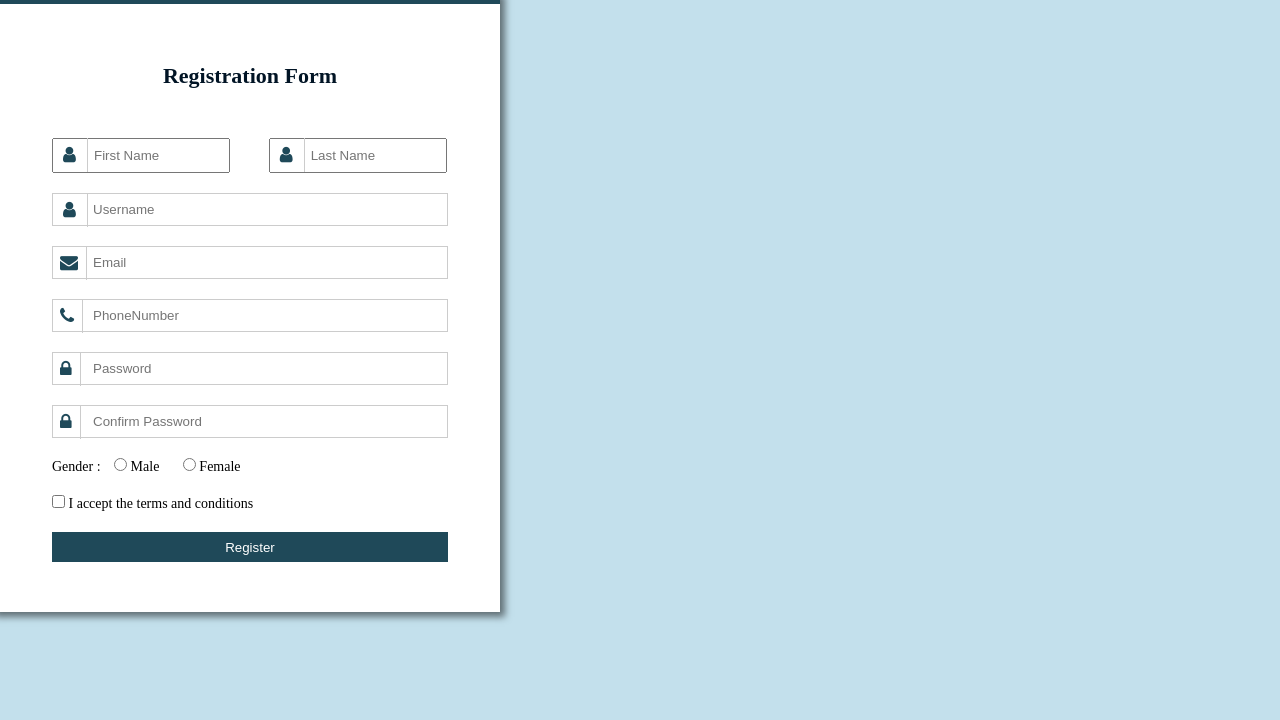
Repository: sampanna17/javabackup
Page: http://localhost/EvoX_CW/pages/register.jsp
These files come from the project's save history. The page is drawn as it stood at one moment and after the next save; the edit follows.
The browser window is 1280 px wide. The pictures show the whole page.
The page is served by Tomcat 9. Other server files are loaded and not shown.

Above is the page before, as saved 2024-05-05 11:42:57.

### EvoX_CW/src/main/webapp/pages/register.jsp
<%@page import="utils.StringUtils"%>
<%@ page language="java" contentType="text/html; charset=ISO-8859-1"
	pageEncoding="ISO-8859-1"%>

<%
String contextPath = request.getContextPath();
%>
<!DOCTYPE html>
<html lang="en">
<head>
    <meta charset="UTF-8">
    <meta name="viewport" content="width=device-width, initial-scale=1.0">
    <title>Registration Form</title>
    <link rel="stylesheet" type="text/css" href="../stylesheets/register.css"/>
    <link rel="stylesheet" href="https://cdnjs.cloudflare.com/ajax/libs/font-awesome/4.7.0/css/font-awesome.min.css">
</head>

<body>
    <div class="container">

    	<%-- Display error message --%>
		<%
		String errorMessage = (String) request.getAttribute(StringUtils.MESSAGE_ERROR);
		if(errorMessage != null && !errorMessage.isEmpty()){
		%>
		<p class= "error-message"><%=errorMessage%></p>
		<%
		}
		%>

        <h1>Registration Form</h1>
        <div class="form-container">
        <form action="<%=contextPath%>/registerstudent" method="post">

               <div class="input-name">
                    <i class="fa fa-user lock"></i>
                    <input type="text" placeholder="First Name" class="name">

                    <span>
                        <i class="fa fa-user lock"></i>
                        <input type="text" placeholder="Last Name" class="name">
                    </span>

                </div>
                <div class="input-name">
                    <i class="fa fa-user lock"></i>
                    <input type="text" placeholder="Username" class="text-name">
                </div>

                <div class="input-name">
                    <i class="fa fa-envelope email"></i>
                    <input type="email" placeholder="Email" class="text-name">
                </div>
                <div class="input-name">
                    <i class="fa fa-phone"></i>
                    <input type="text" placeholder="PhoneNumber" class="text-name">
                </div>
                <div class="input-name">
                    <i class="fa fa-lock"></i>
                    <input type="password" placeholder="Password" class="text-name">
                </div>
                <div class="input-name">
                    <i class="fa fa-lock"></i>
                    <input type="password" placeholder="Confirm Password" class="text-name">
                </div>
                <div class="input-name">
                    <p style="display: inline-block; margin-right: 10px;">Gender :</p>
                    <input type="radio" class="radio" name="r1" style="display: inline-block;">
                    <label style="margin-right: 20px; display: inline-block;">Male</label>

                    <input type="radio" class="radio1" name="r1" style="display: inline-block;">
                    <label style="display: inline-block;">Female</label>
                </div>

                <div class="input-name">
                    <input type="checkbox" class="check-button">
                    <label> I accept the terms and conditions</label>
                </div>
                <div class="input-name">
                    <input type="submit" class="button" value="Register">
                </div>

        </form>
            <%
			String errMsg = (String) request.getAttribute(StringUtils.MESSAGE_ERROR);
			String successMsg = (String) request.getAttribute(StringUtils.MESSAGE_SUCCESS);

			if (errMsg != null) {
			// print
			%>
			<h4 class="error-msg">
				<%
				out.println(errMsg);
				%>
			</h4>
			<%
			}

			if (successMsg != null) {
			// print
			%>
			<h4 class="success-msg">
				<%
				out.println(successMsg);
				%>
			</h4>
			<%
			}
			%>
        </div>
    </div>
</body>

</html>

### EvoX_CW/src/main/webapp/stylesheets/register.css
@charset "ISO-8859-1";

*
{
    margin:0;
    padding:0;
    box-sizing: border-box;
}
body{
    font-size: 14px;
    background-color:#c3e0ec;
}
.container{
    background-color: white;
    width:500px;
    padding: 30px;
    margin: center;
    border-top: 4px solid#1F4959;
    box-shadow: 0 0 7px 5px rgba(0, 0, 0, 0.5);
}
.container h1{
    font-size: 22px;
    line-height: 24px;
    padding:30px;
    text-align: center;
    color:#011425

}
.input-name
{
    width:90%;
    position: relative;
    margin: 20px auto;
}

.lock{
    padding:8px 11px;
}

.name{
    width: 45%;
    padding:8px 0 8px 40px ;
}

.input-name span{
    margin-left: 35px;

}
.text-name{
    width:100%;
    padding:8px 0 8px 40px ;
}

.input-name i
{
    position: absolute;
    font-size: 18px;
    color:#1f4959;
    border-right: 1px solid #cccccc;

}
.email{
    padding:8px;
}
.input-name i.fa-lock{
    padding: 8px;
}
.input-name i.fa-phone{
    padding: 8px;
}

.text-name,name{
    border: 1px solid #cccccc;
    outline: none;
}
r1{
    margin-right: 4px ;
}

.button{
    background-color:#1f4959;
    color: white;
    height: 30px;
    width:100%;
    border: none;
    outline: none;
    cursor: pointer;

}
.button:hover{
    background-color:#c3e0ec;
}

After the next save:
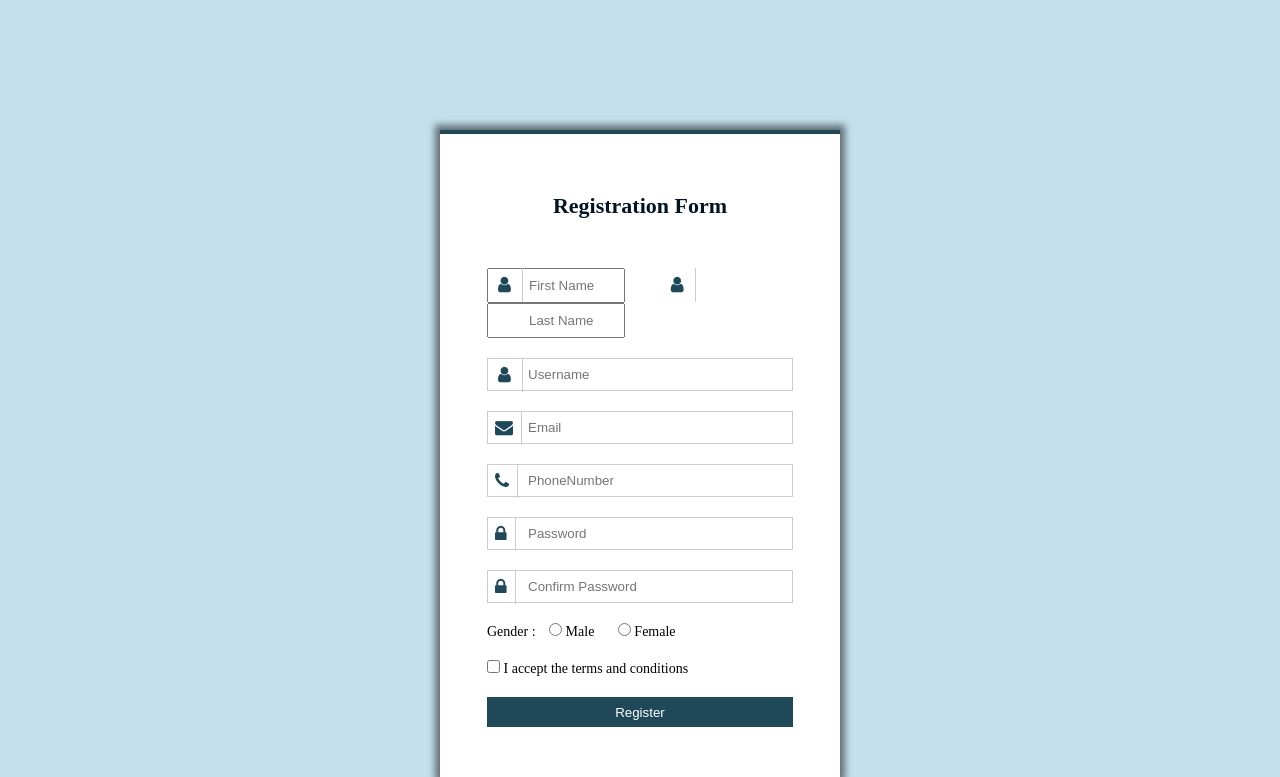
Saved 66 s later.
--- a/EvoX_CW/src/main/webapp/stylesheets/register.css
+++ b/EvoX_CW/src/main/webapp/stylesheets/register.css
@@ -12,9 +12,9 @@ body{
 }
 .container{
     background-color: white;
-    width:500px;
+    width:400px;
     padding: 30px;
-    margin: center;
+    margin:130px auto 0;
     border-top: 4px solid#1F4959;
     box-shadow: 0 0 7px 5px rgba(0, 0, 0, 0.5);
 }
